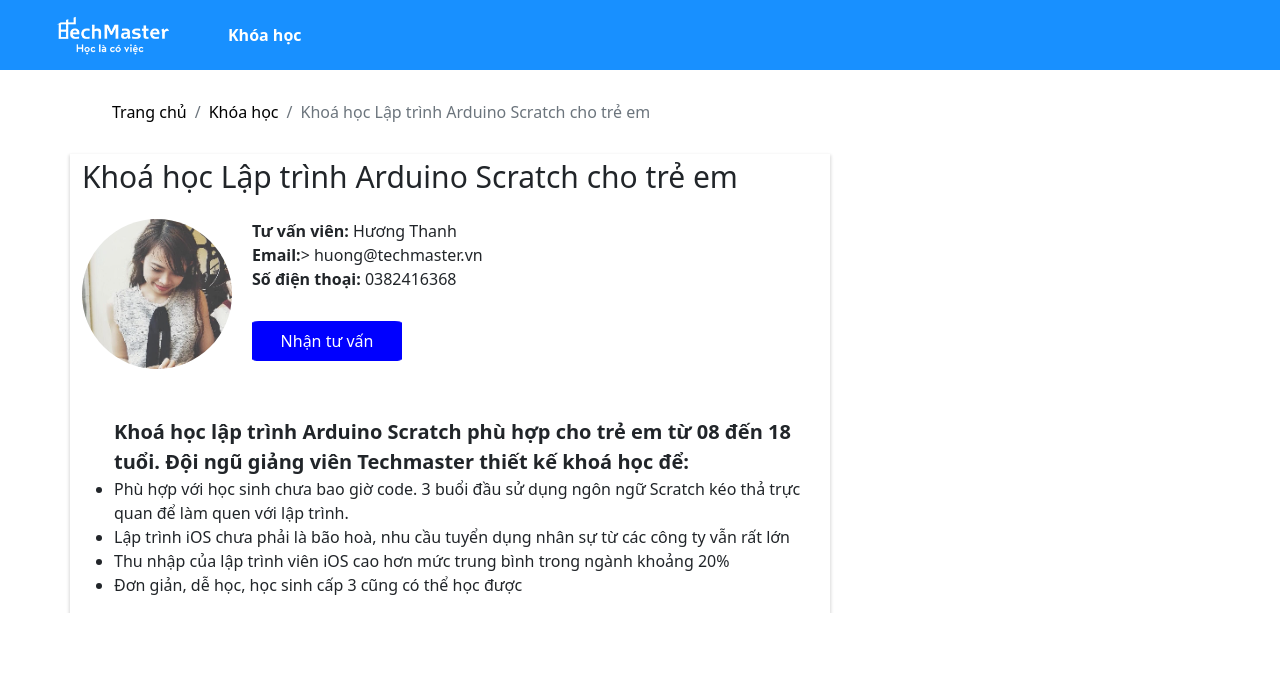
Repository: khanhnahk306/khanhnahk.github.io
Page: Clone_Techmaster/html/kid.html
These files come from the project's save history. The page is drawn as it stood at one moment and after the next save; the edit follows.
The browser window is 1280 px wide. The pictures show the whole page.

Above is the page before, as saved 2022-06-10 13:30:28.

After the next save:
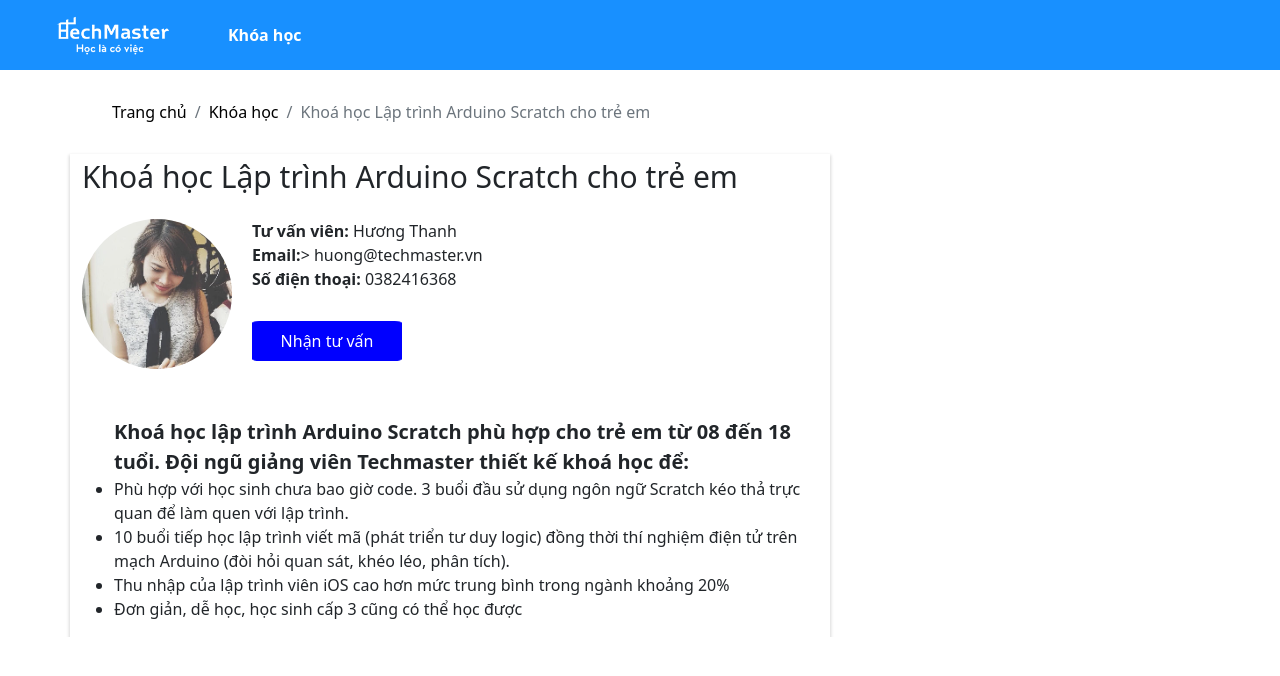
Saved 10 s later.
--- a/Clone_Techmaster/html/kid.html
+++ b/Clone_Techmaster/html/kid.html
@@ -76,7 +76,7 @@
                     <ul>
                         <b style="font-size: 20px;">Khoá học lập trình Arduino Scratch phù hợp cho trẻ em từ 08 đến 18 tuổi. Đội ngũ giảng viên Techmaster thiết kế khoá học để:</b>
                         <li>Phù hợp với học sinh chưa bao giờ code. 3 buổi đầu sử dụng ngôn ngữ Scratch kéo thả trực quan để làm quen với lập trình.</li>
-                        <li>Lập trình iOS chưa phải là bão hoà, nhu cầu tuyển dụng nhân sự từ các công ty vẫn rất lớn
+                        <li>10 buổi tiếp học lập trình viết mã (phát triển tư duy logic) đồng thời thí nghiệm điện tử trên mạch Arduino (đòi hỏi quan sát, khéo léo, phân tích).
                         </li>
                         <li>Thu nhập của lập trình viên iOS cao hơn mức trung bình trong ngành khoảng 20%</li>
                         <li>Đơn giản, dễ học, học sinh cấp 3 cũng có thể học được</li>
